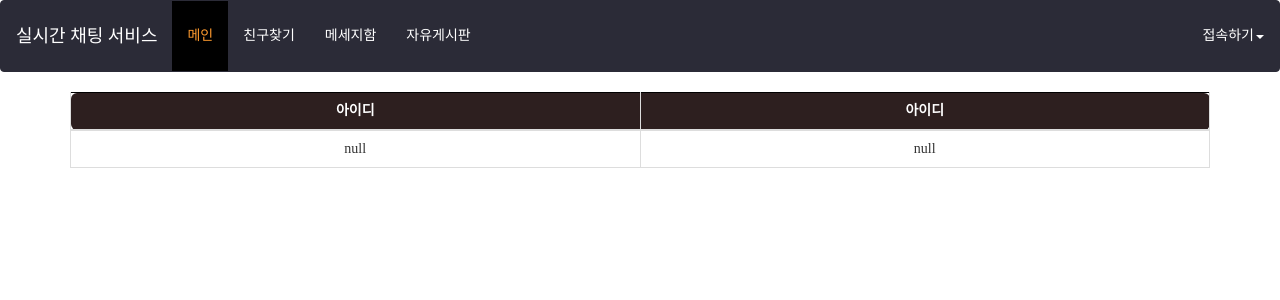
Repository: kkoseunghyun/javaAjaxChat
Page: http://localhost/UserChat/userStatus.jsp
An editor plug-in stored every save of this project. The page is shown before and after the next save, followed by the edit.
The browser window is 1280 px wide. The pictures show the whole page.
Some web fonts or font styles are not loaded; a fallback is used. Some web libraries are served in a nearby version. The page is served by Tomcat 9. Other server files are loaded and not shown. Queries for data that is not in the repository find no rows.

Above is the page before, as saved 2019-07-13 08:58:56.

### JspAjax/UserChat/WebContent/userStatus.jsp
<%@ page language="java" contentType="text/html; charset=UTF-8" pageEncoding="UTF-8"%>
<!DOCTYPE html>
<%@ page import="user.UserDAO" %>
<%@ page import="user.UserDTO" %>
<html>
<%
	String userID = null;
	if(session.getAttribute("userID") != null){
		userID = (String) session.getAttribute("userID");
	}

	UserDAO userDAO = new UserDAO();
	String userProfile = userDAO.getProfile(userID); // profile의 경로를 가져오는 메서드

	UserDTO user = userDAO.getUser(userID); // 유저 정보 가져오는 메서드
%>
<head>
	<meta charset="UTF-8">
	<meta name="viewport" content="width=device-width, initial-scale=1">
	<link rel="stylesheet" type="text/css" href="css/bootstrap.css">
	<link rel="stylesheet" type="text/css" href="css/custom.css?versionewg=2">
	<link rel="stylesheet" type="text/css" href="css/custom2.css?versiontff=2">
	<title>JSP Ajax 실시간 회원제 채팅 서비스</title>
	<script src="https://code.jquery.com/jquery-3.1.1.min.js"></script>
	<script src="js/bootstrap.js"></script>
	<script type="text/javascript">
		/* 상단 내비게이션 메세지함 unread 라벨 표시 */
		function getUnread() {
			$.ajax({
				type: "POST",
				url: "./chatUnread",
				data: {
					userID: encodeURIComponent('<%= userID %>'),
				},
				success: function(result) {
					if(result >= 1) {
						showUnread(result);
					} else {
						showUnread('');
					}
				}
			});
		}
		function getInfiniteUnread() {
			setInterval(function() {
				getUnread();
			}, 4000);
		}
		function showUnread(result) {
			$('#unread').html(result);
		}
	</script>
</head>
<body>
	<nav class="navbar navbar-default">
		<div class="navbar-header">
			<button type="button" class="navbar-toggle collapsed"
				data-toggle="collapse" data-target="#bs-example-navbar-collapse-1"
				aria-expanded="false">
				<span class="icon-bar"></span>
				<span class="icon-bar"></span>
				<span class="icon-bar"></span>
			</button>
			<a class="navbar-brand" href="index.jsp">실시간 채팅 서비스</a>
		</div>
		<div class="collapse navbar-collapse" id="bs-example-navbar-collapse-1">
			<ul class="nav navbar-nav">
				<li class="active"><a href="index.jsp">메인</a></li>
				<li><a href="find.jsp">친구찾기</a></li>
				<li><a href="box.jsp">메세지함<span id="unread" class="label label-info"></span></a></li>
				<li><a href="boardView.jsp">자유게시판</a></li>
			</ul>
			<%
				if(userID == null){ // 로그인이 안된사람들에 한해 보여지는 네비게이션 바
			%>
			<ul class="nav navbar-nav navbar-right">
				<li class="dropdown">
					<a href="#" class="dropdown-toggle"
						data-toggle="dropdown" role="button" aria-haspopup="true"
						aria-expanded="false">접속하기<span class="caret"></span></a>
					<ul class="dropdown-menu">
						<li><a href="login.jsp">로그인</a></li>
						<li><a href="join.jsp">회원가입</a></li>
					</ul>
				</li>
			</ul>
			<%
				} else {
			%>
			<ul class="nav navbar-nav navbar-right">
				<li class="dropdown">
					<a href="#" class="dropdown-toggle"
						data-toggle="dropdown" role="button" aria-haspopup="true"
						aria-expanded="false">회원관리<span class="caret"></span></a>
					<ul class="dropdown-menu">
						<li><a href="update.jsp">회원정보수정</a></li>
						<li><a href="profileUpdate.jsp">프로필 사진 수정</a></li>
						<li><a href="logoutAction.jsp">로그아웃</a></li>
					</ul>
				</li>
			</ul>
			<ul class="nav navbar-nav navbar-right">
				<li><a href="userStatus.jsp"><img class=".media-object img-circle" style="media-object: display:none; margin: 0 auto; max-width: 50px; max-height: 50px;" src="<%= userProfile %>"></img></a></li>
			</ul>
			<%
				}
			%>
		</div>
	</nav>
	<div class="container">
		<table class="table table-bordered table-hover" style="text-align:center; border:1px solid black">
			<thead>
				<tr>
					<th>아이디</th>
					<th>아이디</th>
				</tr>
			</thead>
			<tbody>
				<tr>
					<td><%= user.getUserID() %></td>
					<td><%= user.getUserID() %></td>
				</tr>
			</tbody>
		</table>

	</div>
	<%
		/*
			UserRegisterServlet.java, UserLoginServlet에서 session.setAttribute로 정의한
			messageContent,messageType 을 session.getAttribute를 통해 가져와서, 색깔셋팅 등 messageModal 설정부분
		*/
		String messageContent = null;
		if (session.getAttribute("messageContent") != null) {
			messageContent = (String) session.getAttribute("messageContent");
		}
		String messageType = null;
		if (session.getAttribute("messageType") != null) {
			messageType = (String) session.getAttribute("messageType");
		}
		if (messageContent != null) {
	%>
	<!--  messageModal -->
	<div class="modal fade" id="messageModal" tabindex="-1" role="dialog" aria-hidden="true">
		<div class="vertical-alignment-helper">
			<div class="modal-dialog vertical-align-center">
				<div class="modal-content <% if(messageType.equals("오류 메세지")) out.println("panel-warning"); else out.println("panel-success");%> ">
					<div class="modal-header panel-heading">
						<button type="button" class="close" data-dismiss="modal">
							<span aria-hidden="true">&times</span>		<!-- x버튼 -->
							<span class="sr-only">Close</span>
						</button>
						<h4 class="modal-title">
							<%= messageType %>
						</h4>
					</div>
					<div class="modal-body">
						<%= messageContent %>
					</div>
					<div class="modal-footer">
						<button type="button" class="btn btn-primary" data-dismiss="modal">확인</button>
					</div>
				</div>
			</div>
		</div>
	</div>
	<%
		session.removeAttribute("messageContent");
		session.removeAttribute("messageType");
		}
	%>
	<script>
		$('#messageModal').modal("show");
	</script>
	<%
		if(userID != null) {
	%>
		<script type="text/javascript">
			$(document).ready(function() {
				getUnread(); // 4초 안기다리고 바로 볼 수 있게 먼저해놓음
				getInfiniteUnread();
			});
		</script>
	<%
		}
	%>
</body>
</html>

### JspAjax/UserChat/src/user/UserDAO.java
package user;

import java.sql.Connection;
import java.sql.PreparedStatement;
import java.sql.ResultSet;

import javax.naming.Context;
import javax.naming.InitialContext;
import javax.sql.DataSource;

public class UserDAO {

	DataSource dataSource;

	public UserDAO() { //context.xml에서 설정한 JNDI를 이용. 이 객체는 이제 Container의 DBCP에 의해 관리된다.
		try {
			InitialContext initContext = new InitialContext();
			Context envContext = (Context) initContext.lookup("java:/comp/env");
			dataSource = (DataSource) envContext.lookup("jdbc/UserChat");
		} catch (Exception e) {
			e.printStackTrace();
		}
	}

	/* 로그인 성공 여부 메서드 */
	public int login(String userID, String userPassword) {
		Connection conn = null;
		PreparedStatement pstmt = null;
		ResultSet rs = null;
		String SQL = "SELECT * FROM USER WHERE userID = ?";
		try {
			conn = dataSource.getConnection(); // 실질적으로 커넥션풀에 접근하게 해줌
			pstmt = conn.prepareStatement(SQL);
			pstmt.setString(1, userID);
			rs = pstmt.executeQuery();
			if(rs.next()) {
				if(rs.getString("userPassword").equals(userPassword)) {
					return 1; // 로그인 성공
				}
				return 2; //비밀번호가 틀림
			} else {
				return 0; // 해당 사용자가 존재하지 않음
			}
		} catch (Exception e) {
			e.printStackTrace();
		} finally {
			try {
				if(rs != null) rs.close();
				if(pstmt != null) pstmt.close();
				if(conn != null) conn.close();
			} catch (Exception e) {
				e.printStackTrace();
			}
		}
		return -1; // 데이터베이스 오류
	}

	/* 회원가입 아이디 중복체크 */
	public int registerCheck(String userID) {
		Connection conn = null;
		PreparedStatement pstmt = null;
		ResultSet rs = null;
		String SQL = "SELECT * FROM USER WHERE userID = ?";
		try {
			conn = dataSource.getConnection(); // 실질적으로 커넥션풀에 접근하게 해줌
			pstmt = conn.prepareStatement(SQL);
			pstmt.setString(1, userID);
			rs = pstmt.executeQuery();
			if(rs.next() || userID.equals("")) {
				return 0; // 이미 존재하는 회원
			} else {
				return 1; // 가입 가능한 회원 아이디
			}
		} catch (Exception e) {
			e.printStackTrace();
		} finally {
			try {
				if(rs != null) rs.close();
				if(pstmt != null) pstmt.close();
				if(conn != null) conn.close();
			} catch (Exception e) {
				e.printStackTrace();
			}
		}
		return -1; // 데이터베이스 오류
	}
	/* 회원가입 메서드 */
	public int register(String userID, String userPassword, String userName, String userAge, String userGender, String userEmail, String userProfile) { // 아이디 중복체크
		Connection conn = null;
		PreparedStatement pstmt = null;
		String SQL = "INSERT INTO USER VALUES (?, ?, ?, ?, ?, ?, ?)";
		try {
			conn = dataSource.getConnection(); // 실질적으로 커넥션풀에 접근하게 해줌
			pstmt = conn.prepareStatement(SQL);
			pstmt.setString(1, userID);
			pstmt.setString(2, userPassword);
			pstmt.setString(3, userName);
			pstmt.setInt(4, Integer.parseInt(userAge));
			pstmt.setString(5, userGender);
			pstmt.setString(6, userEmail);
			pstmt.setString(7, userProfile);
			return pstmt.executeUpdate();
		} catch (Exception e) {
			e.printStackTrace();
		} finally {
			try {
				if(pstmt != null) pstmt.close();
				if(conn != null) conn.close();
			} catch (Exception e) {
				e.printStackTrace();
			}
		}
		return -1; // 데이터베이스 오류
	}

	/**
	 * 유저정보 세팅 메서드
	 * */
	public UserDTO getUser(String userID) {
		UserDTO user = new UserDTO();

		Connection conn = null;
		PreparedStatement pstmt = null;
		ResultSet rs = null;
		String SQL = "SELECT * FROM USER WHERE userID = ?";
		try {
			conn = dataSource.getConnection();
			pstmt = conn.prepareStatement(SQL);
			pstmt.setString(1, userID);
			rs = pstmt.executeQuery();
			if(rs.next()) {
				user.setUserID(userID);
				user.setUserPassword(rs.getString("userPassword"));
				user.setUserName(rs.getString("userName"));
				user.setUserAge(rs.getInt("userAge"));
				user.setUserGender(rs.getString("userGender"));
				user.setUserEmail(rs.getString("userEmail"));
				user.setUserProfile(rs.getString("userProfile"));
			}
		} catch (Exception e) {
			e.printStackTrace();
		} finally {
			try {
				if(rs != null) rs.close();
				if(pstmt != null) pstmt.close();
				if(conn != null) conn.close();
			} catch (Exception e) {
				e.printStackTrace();
			}
		}
		return user;
	}

	/**
	 * 회원정보 수정 메서드
	 * */
	public int update(String userID, String userPassword, String userName, String userAge, String userGender, String userEmail) { // 아이디 중복체크
		Connection conn = null;
		PreparedStatement pstmt = null;
		String SQL = "UPDATE user SET userPassword = ?, userName = ?, userAge = ?, userGender = ?,userEmail = ? WHERE userID = ?";
		try {
			conn = dataSource.getConnection(); // 실질적으로 커넥션풀에 접근하게 해줌
			pstmt = conn.prepareStatement(SQL);
			pstmt.setString(1, userPassword);
			pstmt.setString(2, userName);
			pstmt.setInt(3, Integer.parseInt(userAge));
			pstmt.setString(4, userGender);
			pstmt.setString(5, userEmail);
			pstmt.setString(6, userID);
			return pstmt.executeUpdate();
		} catch (Exception e) {
			e.printStackTrace();
		} finally {
			try {
				if(pstmt != null) pstmt.close();
				if(conn != null) conn.close();
			} catch (Exception e) {
				e.printStackTrace();
			}
		}
		return -1; // 데이터베이스 오류
	}

	// userProfile을 db에 업데이트 해주는 메서드
	public int profile(String userID, String userProfile) {
		Connection conn = null;
		PreparedStatement pstmt = null;
		String SQL = "UPDATE user SET userProfile = ? WHERE userID = ?";
		try {
			conn = dataSource.getConnection(); // 실질적으로 커넥션풀에 접근하게 해줌
			pstmt = conn.prepareStatement(SQL);
			pstmt.setString(1, userProfile);
			pstmt.setString(2, userID);
			return pstmt.executeUpdate();
		} catch (Exception e) {
			e.printStackTrace();
		} finally {
			try {
				if(pstmt != null) pstmt.close();
				if(conn != null) conn.close();
			} catch (Exception e) {
				e.printStackTrace();
			}
		}
		return -1; // 데이터베이스 오류
	}

	// userProfile의 경로를 가져오는 메서드
	public String getProfile(String userID) { // 아이디 중복체크
		Connection conn = null;
		PreparedStatement pstmt = null;
		ResultSet rs = null;
		String SQL = "SELECT userProfile FROM USER WHERE userID = ?";
		try {
			conn = dataSource.getConnection(); // 실질적으로 커넥션풀에 접근하게 해줌
			pstmt = conn.prepareStatement(SQL);
			pstmt.setString(1, userID);
			rs = pstmt.executeQuery();
			if(rs.next()) {
				if(rs.getString("userProfile").equals("")) { // 기본 상태의 프로필 사진
					return "http://localhost:8084/UserChat/images/icon.png";
				}
				return "http://localhost:8084/UserChat/upload/" + rs.getString("userProfile");

			}
		} catch (Exception e) {
			e.printStackTrace();
		} finally {
			try {
				if(rs != null) rs.close();
				if(pstmt != null) pstmt.close();
				if(conn != null) conn.close();
			} catch (Exception e) {
				e.printStackTrace();
			}
		}
		return "http://localhost:8084/UserChat/images/icon.png";
	}
}

### JspAjax/UserChat/src/user/UserDTO.java
package user;

/**
 * DTO 란 ? (Data Transfer Object)(= VO)
 * 	- 데이터를 오브젝트로 변환하는 객체이다.
 *  - 계층간 데이터 교환을 위한 자바빈즈를 말합니다.
 * */
public class UserDTO {
	String userID;
	String userPassword;
	String userName;
	int userAge;
	String userGender;
	String userEmail;
	String userProfile;		// 프로필 사진경로

	public String getUserID() {
		return userID;
	}
	public void setUserID(String userID) {
		this.userID = userID;
	}
	public String getUserPassword() {
		return userPassword;
	}
	public void setUserPassword(String userPassword) {
		this.userPassword = userPassword;
	}
	public String getUserName() {
		return userName;
	}
	public void setUserName(String userName) {
		this.userName = userName;
	}
	public int getUserAge() {
		return userAge;
	}
	public void setUserAge(int userAge) {
		this.userAge = userAge;
	}
	public String getUserGender() {
		return userGender;
	}
	public void setUserGender(String userGender) {
		this.userGender = userGender;
	}
	public String getUserEmail() {
		return userEmail;
	}
	public void setUserEmail(String userEmail) {
		this.userEmail = userEmail;
	}
	public String getUserProfile() {
		return userProfile;
	}
	public void setUserProfile(String userProfile) {
		this.userProfile = userProfile;
	}
}

### JspAjax/UserChat/WebContent/css/custom.css
@import url(http://fonts.googleapis.com/earlyaccess/nanumgothic.css);
@import url(http://fonts.googleapis.com/earlyaccess/hanna.css);
@import url(http://fonts.googleapis.com/earlyaccess/notosanskr.css);
* {
	font-family: 'Nanum Gothic';
}
h5 {
	font-family: 'Noto Sans KR';
	font-size: 15px;
	font-weight: bold;
}
h4 {
	font-family: 'Noto Sans KR';
}
h3 {
	font-family: 'Hanna';
}
h2 {
	font-family: 'Hanna';
}
h1 {
	font-family: 'Hanna';
}

/* 테이블 관련 디자인 처리 */
thead th {
	background-color: #2d1f1f;
	color: white;
	text-align: center;
}
tr td:first-child,
tr th:first-child {
	border-top-left-radius: 6px;
	border-bottom-left-radius: 6px;
}
tr td:last-child,
tr th:last-child {
	border-top-right-radius: 6px;
	border-bottom-right-radius: 6px;
}

/* 모달 팝업창 관련 디자인 처리 */
.vertical-alignment-helper {
	display: table;
	height: 100%;
	width: 100%;
	pointer-events: none;
}
.vertical-alignment-center {
	display: table-cell;
	vertical-align: middle;
	pointer-events: none;
}
.modal-content {
	width: inherit;
	height: inherit;
	margin: 0 auto;
	pointer-events: all;
}

/* 채팅창 디자인 처리 */
.portlet {
    margin-bottom: 15px;
}
.btn-white {
    border-color: #cccccc;
    color: #333333;
    background-color: #ffffff;
}
.portlet {
    border: 1px solid;
}
.portlet .portlet-heading {
    padding: 0 15px;
}
.portlet .portlet-heading h4 {
    padding: 1px 0;
    font-size: 16px;
}
.portlet .portlet-heading a {
    color: #fff;
}
.portlet .portlet-heading a:hover,
.portlet .portlet-heading a:active,
.portlet .portlet-heading a:focus {
    outline: none;
}
.portlet .portlet-widgets .dropdown-menu a {
    color: #333;
}
.portlet .portlet-widgets ul.dropdown-menu {
    min-width: 0;
}
.portlet .portlet-heading .portlet-title {
    float: left;
}
.portlet .portlet-heading .portlet-title h4 {
    margin: 10px 0;
}
.portlet .portlet-heading .portlet-widgets {
    float: right;
    margin: 8px 0;
}
.portlet .portlet-heading .portlet-widgets .tabbed-portlets {
    display: inline;
}
.portlet .portlet-heading .portlet-widgets .divider {
    margin: 0 5px;
}
.portlet .portlet-body {
    padding: 15px;
    background: #fff;
}
.portlet .portlet-footer {
    padding: 10px 15px;
    background: #e0e7e8;
}
.portlet .portlet-footer ul {
    margin: 0;
}
.portlet-green,
.portlet-green>.portlet-heading {
    border-color: #16a085;
}
.portlet-green>.portlet-heading {
    color: #fff;
    background-color: #16a085;
}
.portlet-orange,
.portlet-orange>.portlet-heading {
    border-color: #f39c12;
}
.portlet-orange>.portlet-heading {
    color: #fff;
    background-color: #f39c12;
}
.portlet-blue,
.portlet-blue>.portlet-heading {
    border-color: #2980b9;
}
.portlet-blue>.portlet-heading {
    color: #fff;
    background-color: #2980b9;
}
.portlet-red,
.portlet-red>.portlet-heading {
    border-color: #e74c3c;
}
.portlet-red>.portlet-heading {
    color: #fff;
    background-color: #e74c3c;
}
.portlet-purple,
.portlet-purple>.portlet-heading {
    border-color: #8e44ad;
}
.portlet-purple>.portlet-heading {
    color: #fff;
    background-color: #8e44ad;
}
.portlet-default,
.portlet-dark-blue,
.portlet-default>.portlet-heading,
.portlet-dark-blue>.portlet-heading {
    border-color: #34495e;
}
.portlet-default>.portlet-heading,
.portlet-dark-blue>.portlet-heading {
    color: #fff;
    background-color: #34495e;
}
.portlet-basic,
.portlet-basic>.portlet-heading {
    border-color: #333;
}
.portlet-basic>.portlet-heading {
    border-bottom: 1px solid #333;
    color: #333;
    background-color: #fff;
}
@media(min-width:768px) { /* 화면 너비 768 이하일때 적용 */
    .portlet {
        margin-bottom: 30px;
    }
}
.img-chat{
width:40px;
height:40px;
}
.text-green {
    color: #16a085;
}
.text-orange {
    color: #f39c12;
}
.text-red {
    color: #e74c3c;
}

### JspAjax/UserChat/WebContent/css/custom2.css
@import url(http://fonts.googleapis.com/earlyaccess/nanumgothic.css);
/* 전체 영역 지정 */
* {
    font-family: 'Nanum Gothic';
}
/* 전체 링크 영역 지정 */
a {
    color: #000000;
    text-decoration: none;
}
a:hover{
    color: #bbbbbb;
    text-decoration:none;
    cursor: pointer;
}

/* 네비게이션 영역 */
.navbar-default{    /* 배경 색상*/
    background-color: #2b2b37;
    border-color: #2b2b37;
}
.navbar-default .navbar-brand{ /* 내비게이션 제목 생상 */
    color: #ffffff;
    padding-top: 25px;
    font-family: 'Hanna';
}
.navbar-default .navbar-brand:hover,
.navbar-default .navbar-brand:focus{ /*내비게이션 제목에 마우스를 올렸을 때 */
    background-color: transparent;
    color: #FE9A2E;
}
.navbar-default .navbar-nav > .active > a,
.navbar-default .navbar-nav > .active > a:hover,
.navbar-default .navbar-nav > .active > a:focus{/* 현재 선택된 내비게이션 색상 이벤트 */
    color: #FE9A2E;
    background-color: #000000;
}
.navbar-default .navbar-nav > li > a { /*내비게이션 기본 글자 색상 */
	color: #ffffff;
    font-family: 'Hanna';
}
.navbar-default .navbar-nav > li > a:hover,
.navbar-default .navbar-nav > li > a:focus { /*내비게이션의 글자에 마우스를 올렸을 때 */
    color: #FE9A2E;
}
.navbar-default .navbar-nav > .open > a,
.navbar-default .navbar-nav > .open > a:hover,
.navbar-default .navbar-nav > .open > a:focus{ /* .open : 드랍다운이 열렸을 때 마우스 색상 이벤트  */
    color: #FE9A2E;
    background-color: #000000;
    text-decoration: none;
}
.navbar-default .navbar-toggle:hover,
.navbar-default .navbar-toggle:focus { /* 토글에 마우스를 올렸을 때 */
	background-color: #dddddd;
}
.navbar-default .navbar-toggle: .icon-bar { /* 토글 아이콘 바 색상 */
	background-color: #dddddd;
}

/* 미디어 쿼리 */
@media (max-width: 767px) { /* 화면 너비 767 이하일때 적용 */
    .navbar-default .navbar-nav .open .dropdown-menu > li > a {
        color: #ffffff;
    }
    .navbar-default .navbar-nav .open .dropdown-menu > li > a:hover,
    .navbar-default .navbar-nav .open .dropdown-menu > li > a:focus {
        color: #eeeeee;
    }
}
/* 네비게이션 바 길이 수정 */
.navbar-fixed-top {
	min-height: 70px;
}
.navbar-nav > li > a {
	padding-top: 0px;
	padding-bottom: 0px;
	line-height: 70px;
}
@media (max-width: 767px) { /* 화면 너비 767 이하일때 적용 */
	.navbar-default .navbar-brand {
		padding-top: 15px;
	}
	.navbar-nav > li > a {
		padding-top: 0px;
		padding-bottom: 0px;
		line-height: 40px;
	}
}

Loaded but not shown: JspAjax/UserChat/WebContent/css/bootstrap.css (library); JspAjax/UserChat/WebContent/js/bootstrap.js (library)

After the next save:
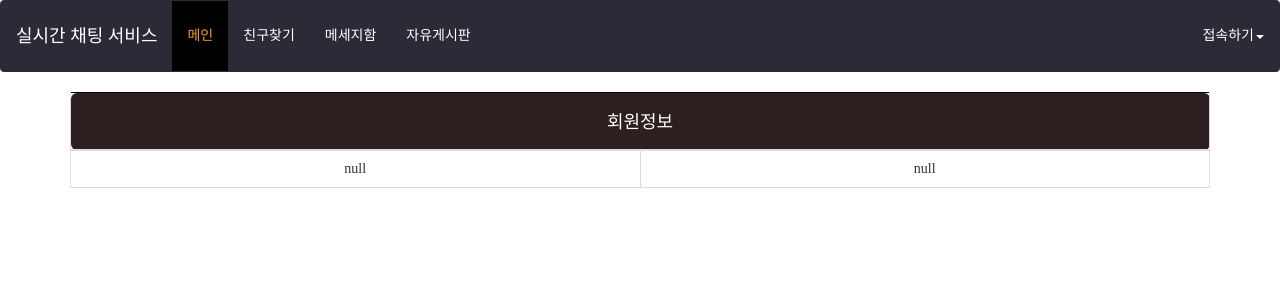
Saved 43 s later.
--- a/JspAjax/UserChat/WebContent/userStatus.jsp
+++ b/JspAjax/UserChat/WebContent/userStatus.jsp
@@ -111,8 +111,7 @@
 		<table class="table table-bordered table-hover" style="text-align:center; border:1px solid black">
 			<thead>
 				<tr>
-					<th>아이디</th>
-					<th>아이디</th>
+					<th colspan="3"><h4>회원정보</h4></th>
 				</tr>
 			</thead>
 			<tbody>
